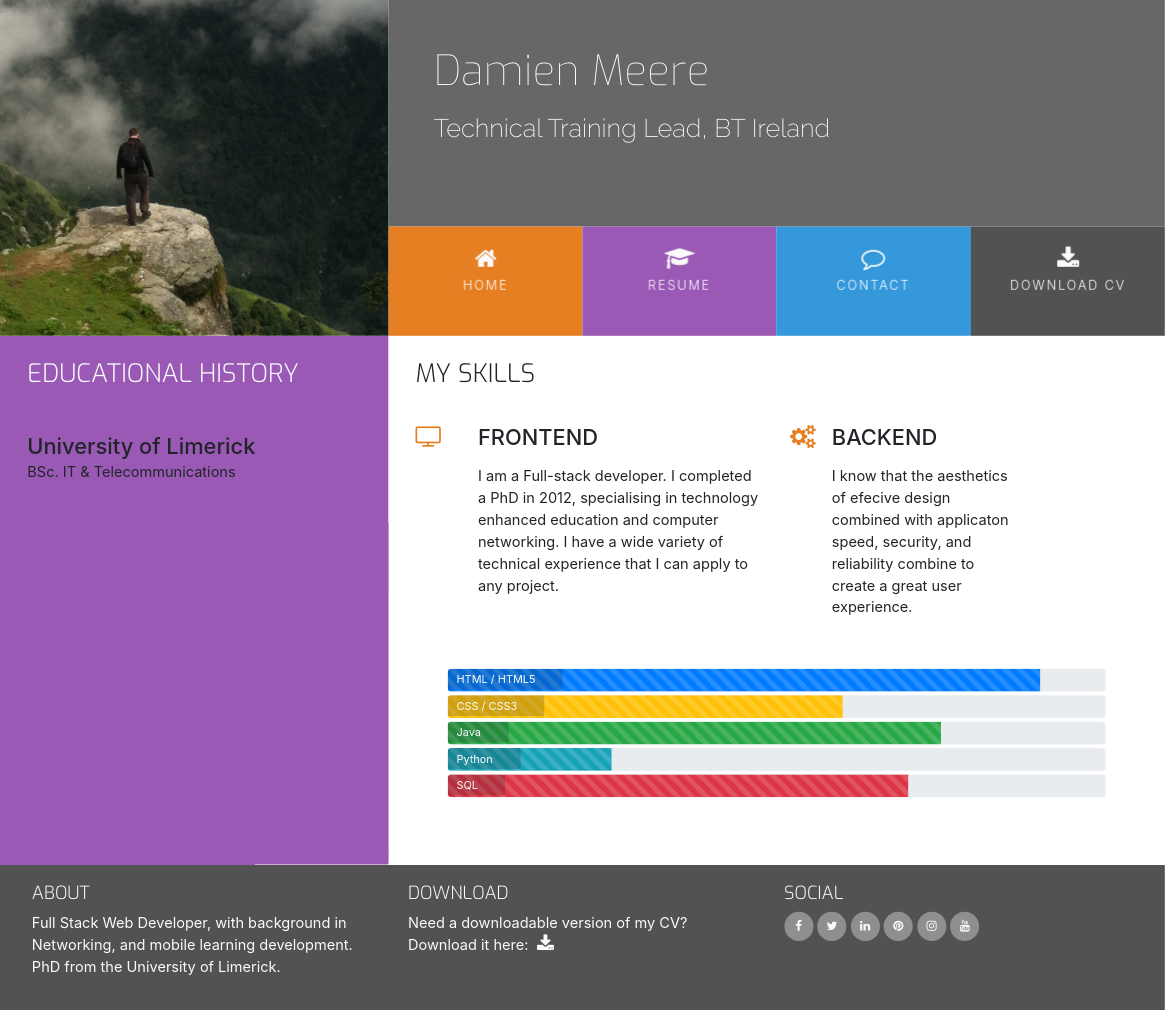
Repository: damien-meere/cv_site_project
Page: resume.html
The author's editor kept a record of every edit. The page is drawn from the files as they stood at one moment, then again after the next edit.
The browser window is 1280 px wide. The pictures show the whole page, at 91% of full size.

Above is the page before.

### resume.html
<!DOCTYPE html>
<html lang="en">

<head>
    <meta charset="UTF-8">
    <meta name="viewport" content="width=device-width, initial-scale=1.0">
    <meta http-equiv="X-UA-Compatible" content="ie=edge">
    <link rel="stylesheet" href="https://stackpath.bootstrapcdn.com/bootstrap/4.3.1/css/bootstrap.min.css" type="text/css" />
    <link rel="stylesheet" href="https://stackpath.bootstrapcdn.com/font-awesome/4.7.0/css/font-awesome.min.css" type="text/css" />
    <link rel="stylesheet" href="https://cdnjs.cloudflare.com/ajax/libs/hover.css/2.3.1/css/hover-min.css" type="text/css" />
    <link rel="stylesheet" href="assets/css/style.css" type="text/css" />
    <title>Damien Meere CV</title>
</head>

<body>
    <header>
        <div class="row no-gutters">
            <a href="index.html" class="col-md-4 logo"></a>
            <div class="col-md-8">
                <div class="row bg-color-name-title no-gutters">
                    <div class="col heading">
                        <h1 class="name">Damien Meere</h1>
                        <h2 class="title">Technical Training Lead, BT Ireland</h2>
                    </div>
                </div>
                <div class="row no-gutters">
                    <div class="col">
                        <ul id="nav" class="list-inline menu-container">
                            <!--the i element with fa is a font awesome icon. Aria hidden means this icon is ignored by screen readers-->
                            <li class="col-6 col-sm-3 list-inline-item ui-menu-color-home menuitem">
                                <a href="#" class="hvr-sweep-to-bottom"><i class="fa fa-home" aria-hidden="true"></i><span>Home</span></a>
                            </li>
                            <li class="col-6 col-sm-3 list-inline-item ui-menu-color-resume menuitem">
                                <a href="#" class="hvr-sweep-to-bottom"><i class="fa fa-graduation-cap" aria-hidden="true"></i><span>Resume</span></a>
                            </li>
                            <li class="col-6 col-sm-3 list-inline-item ui-menu-color-contact menuitem">
                                <a href="#" class="hvr-sweep-to-bottom"><i class="fa fa-comment-o" aria-hidden="true"></i><span>Contact</span></a>
                            </li>
                            <li class="col-6 col-sm-3 list-inline-item ui-menu-color-download menuitem">
                                <a href="#" class="hvr-sweep-to-bottom"><i class="fa fa-download" aria-hidden="true"></i><span>Download CV</span></a>
                            </li>
                        </ul>
                    </div>
                </div>
            </div>
        </div>
    </header>

    <section class="container-fluid">
        <div class="row">
            <!--contariner divided into 4&8 so -->
            <div class="col-md-4 bg-color-work-history section-column">
                <div class="row">
                    <div class="col-12">
                        <!--full with on all screen sizes-->
                        <h3 class="history-heading uppercase">Educational History</h3>
                    </div>
                </div>
                <div class="timline-item" data-dates="09/2001 - 05/2005">
                    <h4>University of Limerick</h4>
                    <p>BSc. IT & Telecommunications</p>
                </div>

            </div>


            <!--create a column (because we have to have a column as a direct child of a row) of size 8, which is two-thirds the width of the screen-->
            <!--don't need to add any size classes for screen sizes smaller than medium because Bootstrap will automatically default to 12, our full width.-->
            <!--The row-table class specifies the use of a table whereas section-column specifies the use of a table cell, which will give us evenly sized columns in terms of height.-->
            <div class="col-md-8 bg-color-three-reasons section-column">
                <div class="row">
                    <div class="col">
                        <h3 class="section-heading uppercase">My Skills</h3>
                    </div>
                </div>
                <div class="row">
                    <!--When looked at on the mobile, this is going to be 10 columns wide with an offset of 1
                        so that we get the content centered and have a one column margin down the left side.
                        We're going to switch that offset off for tablets and larger because on the tablet,
                        we want it to appear in three columns of content.-->
                    <div class="col-10 offset-1 offset-sm-0 col-sm-4 col-md-6">
                        <div class="row">
                            <div class="col-2">
                                <i class="three-reasons-icon fa fa-tv" aria-hidden="true"></i>
                            </div>
                            <div class="col-10">
                                <h4 class="three-reasons-heading uppercase">FrontEnd</h4>
                                <p>
                                    I am a Full-stack developer. I completed a PhD in 2012, specialising in technology enhanced education and computer networking. I have a wide variety of technical experience that I can apply to any project.
                                </p>
                            </div>
                        </div>
                    </div>
                    <div class="col-10 offset-1 offset-sm-0 col-sm-4 ">
                        <div class="row">
                            <div class="col-2">
                                <i class="three-reasons-icon fa fa-gears" aria-hidden="true"></i>
                            </div>
                            <div class="col-10">
                                <h4 class="three-reasons-heading uppercase">BackEnd</h4>
                                <p>
                                    I know that the aesthetics of efecive design combined with applicaton speed, security, and reliability combine to create a great user experience.
                                </p>
                            </div>
                        </div>
                    </div>
                </div>
                <!--Creating progress bars in MySkills section to illustrate progress on various skills-->
                <div class="row progress-section">
                    <div class="col">
                        <div class="progress">
                            <!--aria valuenow sets the value on the progress bar-->
                            <div class="progress-bar progress-bar-striped progress-bar-animated" role="progressbar" aria-valuenow="90" aria-valuamin="0" aria-valuamax="100" style="width:90%;">
                                <!--Screen Readers Only-->
                                <span class="sr-only">90% Complete</span>
                            </div>
                            <span class="progress-type"> HTML / HTML5 </span>
                        </div>
                        <div class="progress">
                            <!--aria valuenow sets the value on the progress bar-->
                            <div class="progress-bar progress-bar-striped progress-bar-animated bg-warning" role="progressbar" aria-valuenow="60" aria-valuamin="0" aria-valuamax="100" style="width:60%;">
                                <!--Screen Readers Only-->
                                <span class="sr-only">60% Complete</span>
                            </div>
                            <span class="progress-type"> CSS / CSS3 </span>
                        </div>
                        <div class="progress">
                            <!--aria valuenow sets the value on the progress bar-->
                            <div class="progress-bar progress-bar-striped progress-bar-animated bg-success" role="progressbar" aria-valuenow="75" aria-valuamin="0" aria-valuamax="100" style="width:75%;">
                                <!--Screen Readers Only-->
                                <span class="sr-only">75% Complete</span>
                            </div>
                            <span class="progress-type"> Java </span>
                        </div>
                        <div class="progress">
                            <!--aria valuenow sets the value on the progress bar-->
                            <div class="progress-bar progress-bar-striped progress-bar-animated bg-info" role="progressbar" aria-valuenow="25" aria-valuamin="0" aria-valuamax="100" style="width:25%;">
                                <!--Screen Readers Only-->
                                <span class="sr-only">25% Complete</span>
                            </div>
                            <span class="progress-type"> Python </span>
                        </div>
                        <div class="progress">
                            <!--aria valuenow sets the value on the progress bar-->
                            <div class="progress-bar progress-bar-striped progress-bar-animated bg-danger" role="progressbar" aria-valuenow="70" aria-valuamin="0" aria-valuamax="100" style="width:70%;">
                                <!--Screen Readers Only-->
                                <span class="sr-only">70% Complete</span>
                            </div>
                            <span class="progress-type"> SQL </span>
                        </div>
                    </div>
                </div>
            </div>
        </div>
    </section>

    <footer class="container-fluid">
        <div id="footer-details" class="row">
            <div class="col-sm-4">
                <h5 class="uppercase general-sub">About</h5>
                <p class="inline-block">
                    Full Stack Web Developer, with background in Networking, and mobile learning development. PhD from the University of Limerick.
                </p>
            </div>
            <div class="col-sm-4">
                <h5 class="uppercase general-sub">Download</h5>
                <p class="inline-block">
                    Need a downloadable version of my CV? Download it here:
                    <a href="#" target="_blank" class="cv-pdf">
                        <i class="fa fa-download" aria-hidden="true"></i>
                        <span class="sr-only">Download Link</span>
                </p>
            </div>
            <div class="col-sm-4">
                <h5 class="uppercase general-sub">Social</h5>
                <!--unordered list has Bootstrap's default class of list-inline-->
                <!--all items in a list-inline class must use the list-inline-item class-->
                <ul class="list-inline social-links">
                    <li class="list-inline-item">
                        <a target="_blank" href="#">
                            <i class="fa fa-facebook" aria-hidden="true"></i>
                            <!--Screen Reader Only (replace icon with text)-->
                            <span class="sr-only">Facebook</span>
                    </li>
                    <li class="list-inline-item">
                        <a target="_blank" href="#">
                            <i class="fa fa-twitter" aria-hidden="true"></i>
                            <!--Screen Reader Only (replace icon with text)-->
                            <span class="sr-only">Twitter</span>
                    </li>
                    <li class="list-inline-item">
                        <a target="_blank" href="#">
                            <i class="fa fa-linkedin" aria-hidden="true"></i>
                            <!--Screen Reader Only (replace icon with text)-->
                            <span class="sr-only">LinkedIn</span>
                    </li>
                    <li class="list-inline-item">
                        <a target="_blank" href="#">
                            <i class="fa fa-pinterest" aria-hidden="true"></i>
                            <!--Screen Reader Only (replace icon with text)-->
                            <span class="sr-only">Pinterest</span>
                    </li>
                    <li class="list-inline-item">
                        <a target="_blank" href="#">
                            <i class="fa fa-instagram" aria-hidden="true"></i>
                            <!--Screen Reader Only (replace icon with text)-->
                            <span class="sr-only">Instagram</span>
                    </li>
                    <li class="list-inline-item">
                        <a target="_blank" href="#">
                            <i class="fa fa-youtube" aria-hidden="true"></i>
                            <!--Screen Reader Only (replace icon with text)-->
                            <span class="sr-only">YouTube</span>
                    </li>
                </ul>
            </div>
        </div>
    </footer>
</body>
</html>

### assets/css/style.css
@import url('https://fonts.googleapis.com/css?family=Raleway:100,200,300,400,500.600,700|Exo:100,200,300,400,500.600,700');

/*--------------------------------------------------Colours*/

.bg-color-name-title {
    background-color: #676767;
}

.bg-color-three-reasons {
    background-color: #FFF;
}

.ui-menu-color-home {
    background-color: #e67e22;
}

.ui-menu-color-resume {
    background-color: #9b59b6;
}

.ui-menu-color-contact {
    background-color: #3498db;
}

.ui-menu-color-download {
    background-color: #525252;
}

.bg-color-personal-info {
    background-color: #f4f4f4;
}

.bg-color-work-history {
    background-color: #9b59b6;
}


/*--------------------------------------------------Special Padding/margins/text*/

h1,
h2,
h3,
h4 {
    margin: 0;
}

.uppercase {
    text-transform: uppercase;
}

.general-sub {
    font-family: "Exo", sans-serif;
    font-weight: 300;
    color: #fafafa;

}

/* By setting to table we can then specify its child columns as table cells, which ensures that the columns will remain equal height, regardless of their content*/

.row-table {
    display: table;
}

.section-column {
    display: table-cell;
    padding: 0 30px 30px;
    float: none;
}

.history-heading,
.section-heading {
    font-family: "Exo", sans-serif;
    font-weight: 300;
    margin-top: 25px;
    margin-bottom: 40px;
}



/*--------------------------------------------------Headings*/

header {
    margin: 0;
}

.heading {
    margin-left: 50px;
}

.logo {
    background: url("../images/logo_image.jpg");
    background-position: center;
    background-repeat: no-repeat;
    background-size: cover;
    min-height: 360px;
    transition: all .5s ease-in-out;
    -moz-transition: all .5s ease-in-out;
    -webkit-transition: all .5s ease-in-out;
}

.name {
    font-family: "Exo", sans-serif;
    font-weight: 100;
    font-size: 46px;
    margin-top: 50px;
    color: #fff;
}

.title {
    font-family: "Raleway", sans-serif;
    font-weight: 200;
    font-size: 28px;
    margin-top: 20px;
    margin-bottom: 90px;
    color: #fff;
}

.list-inline-item:not(:last-child) {
    margin: 0;
}

.menu-container {
    font-size: 0;
}

#nav {
    margin: 0;
}

#nav li {
    font-size: 14px;
    padding: 0;
}

.menuitem {
    height: 120px;
    text-align: center;
    padding: 0;
}

.menuitem a {
    width: 100%;
    text-decoration: none;
    color: #fff;
    height: 120px;
}

.menuitem a i {
    padding-top: 22px;
    /*Set to block to ensure icon appears on a new line*/
    display: block;
    color: #fafafa;
    font-size: 26px;
}


.menuitem span {
    display: block;
    width: 100%;
    padding-top: 5px;
    text-align: center;
    text-transform: uppercase;
    font-size: 14px;
    font-weight: 300;
    letter-spacing: 2px;
}



/*--------------------------------------------------Hover Override*/

.hvr-sweep-to-bottom:before {
    /*setting rgb to black, but the transparancy to 0.2, to its a subtle change*/
    background: rgba(0, 0, 0, 0.2);
}



/*--------------------------------------------------Footer*/

footer {
    background-color: #525252;
    color: #fafafa;
    min-height: 120px;
    margin: 0;

}

.inline-block {
    display: inline-block;
}

.cv-pdf i {
    font-size: 20px;
    color: #fafafa;
    text-align: center;
    padding-left: 5px;
    transition: all 0.3s ease-in-out;
    -moz-transition: all 0.3s ease-in-out;
    -webkit-transition: all 0.3s ease-in-out;
    -o-transition: all 0.3s ease-in-out;
}

.cv-pdf i:hover {
    color: #e84610;
}


.social-links {
    padding-bottom: 15px;
}

.social-links li a i {
    width: 32px;
    height: 32px;
    padding: 12px 0;
    /*if you set the border-radius to 50% when something has equal height and width, then you get a circle.*/
    border-radius: 50%;
    font-size: 13px;
    line-height: 7px;
    text-align: center;
    color: #fafafa;
    background: #8f8f8f;
    transition: all 0.3s ease-in-out;
    -moz-transition: all 0.3s ease-in-out;
    -webkit-transition: all 0.3s ease-in-out;
    -o-transition: all 0.3s ease-in-out;
}

.social-links li a i:hover {
    background: #e84610;

}

#footer-details {
    padding: 20px;
}

/*--------------------------------------------------Three Reasons*/

.three-reasons-icon {
    font-size: 26px;
    color: #e67e22;

}

.three-reasons-heading {
    margin-bottom: 15px;

}

/*--------------------------------------------------Personal Info*/

.personal-info-item {
    margin-bottom: 20px;
    display: block;
    /*set the display to block, so it will start and end with a newline and occupy the entirety of the horizontal space.*/
    clear: both;
    /*set the clear to both so that no other items can appear at either side of it in case, we were using floats.*/
}

.personal-info-item .key,
.personal-info-item .value {
    padding-right: 8px;
    display: inline-block;
    /*nline block allows us to put two divs side-by-side*/
}

.personal-info-item .key p,
.personal-info-item .value p {
    margin: 0;
}

.personal-info-item .key {
    width: 30%;
    margin-right: 21px;
    padding-top: 2px;
    vertical-align: top;

}

.personal-info-item .key p {
    font-weight: 700;
}

.personal-info-item .value {
    width: 60%;
    position: relative;
}

/*--------------------------------------------------Skills*/

.progress {
    position: relative;
    height: 25px;
    margin-bottom: 4px;
}

.progress-type {
    position: absolute;
    left: 0px;
    font-weight: 400;
    padding: 3px 30px 2px 10px;
    color: #fafafa;
    background-color: rgba(25, 25, 25, 0.2);
}

.progress-section {
    margin: 40px 20px;
}



/*--------------------------------------------------Work History*/

.history-heading {
    color: #fafafa;
    margin-bottom: 50px;

}

/*Border-left creates vertical timline to left*/

.timeline-item {
    padding: 4em 2em 0em 2em;
    position: relative;
    color: #fafafa;
    border-left: 1px solid;
}

.timeline-item p {
    padding: 0;
    margin: 0;
}

.timeline-item:before {
    content: attr(data-dates);
    position: absolute;
    left: 2.5em;
    top: 3em;
    display: block;
    font-family: "Exo", sans-serif;
    font-weight: 500;
    font-size: 0.8em;
    margin: 0;
    padding: 0;
}

/*creates circle on vertical timeline*/

.timeline-item:after {
    width: 12px;
    height: 12px;
    display: block;
    top: 2.4em;
    position: absolute;
    left: -6px;
    border-radius: 12px;
    content: '';
    background-color: #fafafa;
}

.history-items {
    margin-bottom: 30px;
}

After the next edit:
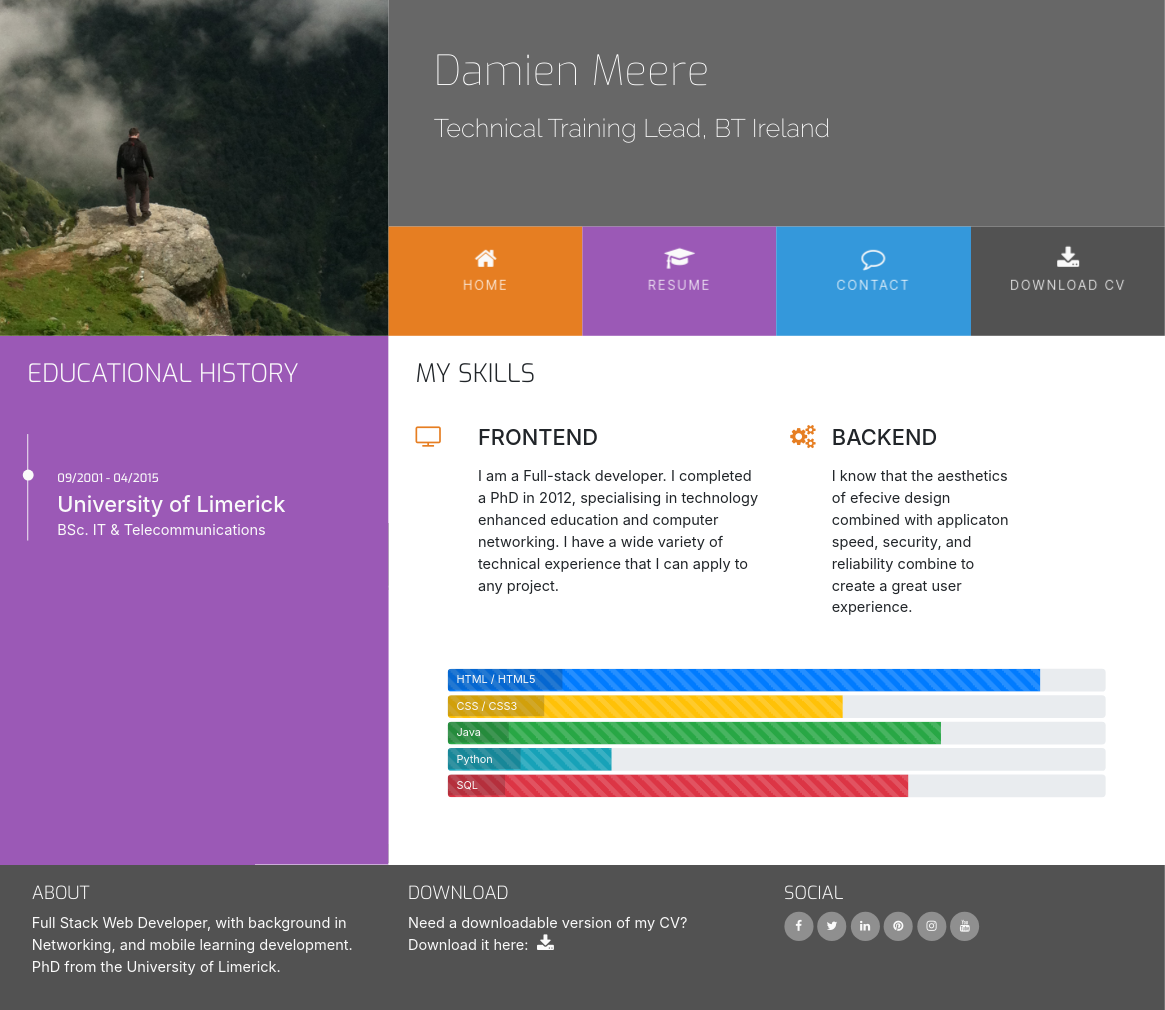
The edit:
--- a/resume.html
+++ b/resume.html
@@ -56,7 +56,7 @@
                         <h3 class="history-heading uppercase">Educational History</h3>
                     </div>
                 </div>
-                <div class="timline-item" data-dates="09/2001 - 05/2005">
+                <div class="timeline-item" data-dates="09/2001 - 04/2015">
                     <h4>University of Limerick</h4>
                     <p>BSc. IT & Telecommunications</p>
                 </div>
